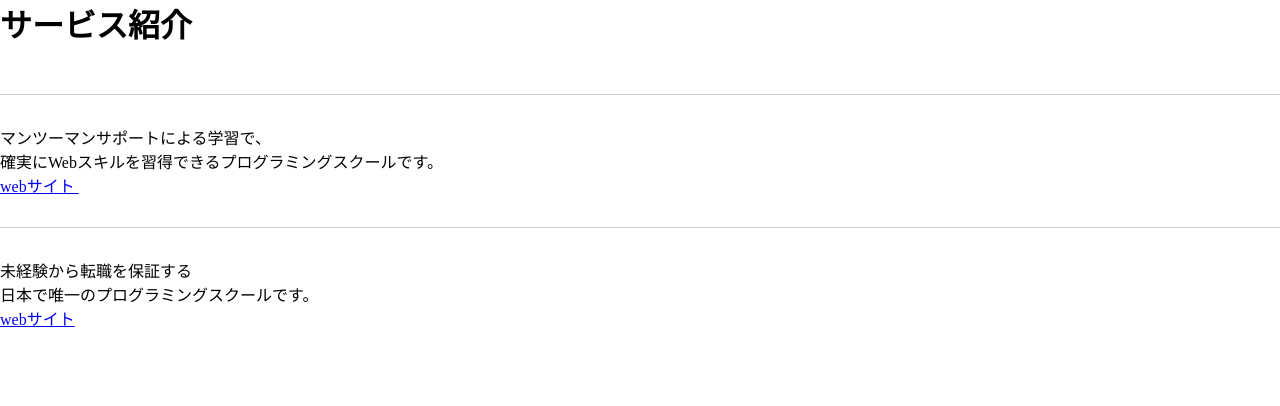
Repository: yesohnuki/shinya-ohnuki
Page: caravan/7.html
The author's editor kept a record of every edit. The page is drawn from the files as they stood at one moment, then again after the next edit.
The browser window is 1280 px wide. The pictures show the whole page.

Above is the page before.

### caravan/7.html
<!DOCTYPE html>
<html lang="ja">
  <head>
    <meta charset="UTF-8" />
    <link rel="stylesheet" href="7.css" />
    <title>CARAVAN</title>
  </head>

  <body>
    <main-visual>
      <h1 class="">
        サービス紹介
      </h1>
    </headlinemain-visual

    <main>
      <img class="wc=logo.png"></img>
      <div class="service1"></div>
      マンツーマンサポートによる学習で、<br>
      確実にWebスキルを習得できるプログラミングスクールです。</br>
      <a href="index.html">
          webサイト
        </a>
        <img class="wc-iong.png"></img>
        <div class="service2"></div>
        未経験から転職を保証する<br>
        日本で唯一のプログラミングスクールです。</br>
        <a href="index.html">
          webサイト
    </main>

### caravan/7.css
* {
  margin: 0;
  padding: 0;
  box-sizing: border-box;
}

.main-visual {
  height: 400px;
  width: 100%;
  background-image: url(img/mv.jpg);
  background-size: cover;
  background-position: bottom;
}

.headline {
  padding: 20px;
}

main {
  width: 840px;
  margin: 50px auto;
}

.service1 {
  margin-bottom: 30px;
  border-bottom: 1px solid #d1d1d1;
  padding-bottom: 30px;
}

.service2 {
  margin-bottom: 30px;
  border-bottom: 1px solid #d1d1d1;
  padding-bottom: 30px;
}

.service3 {
  margin-bottom: 30px;
  border-bottom: 1px solid #d1d1d1;
  padding-bottom: 30px;
}

.service4 {
  border-bottom: 1px solid #d1d1d1;
  padding-bottom: 30px;
}

After the next edit:
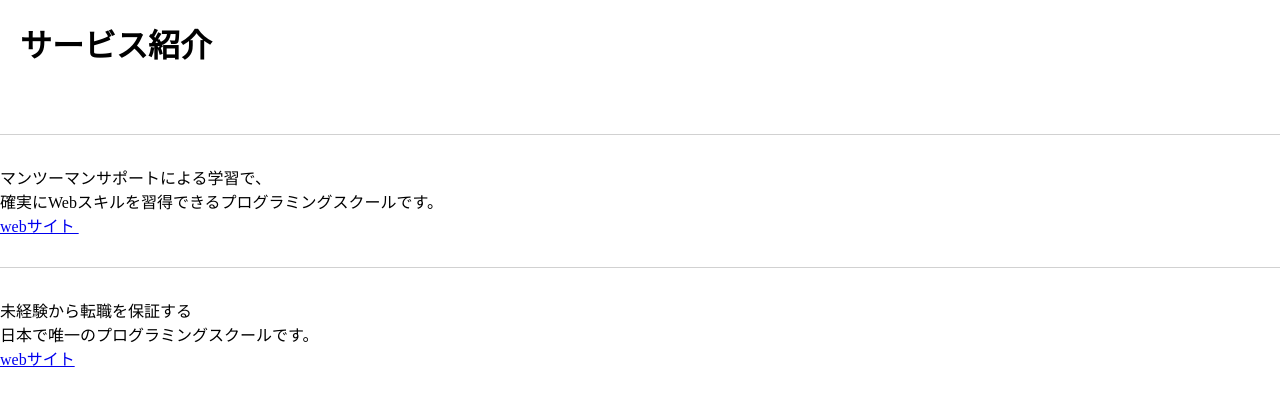
The edit:
--- a/caravan/7.html
+++ b/caravan/7.html
@@ -8,7 +8,7 @@
 
   <body>
     <main-visual>
-      <h1 class="">
+      <h1 class="headline">
         サービス紹介
       </h1>
     </headlinemain-visual
